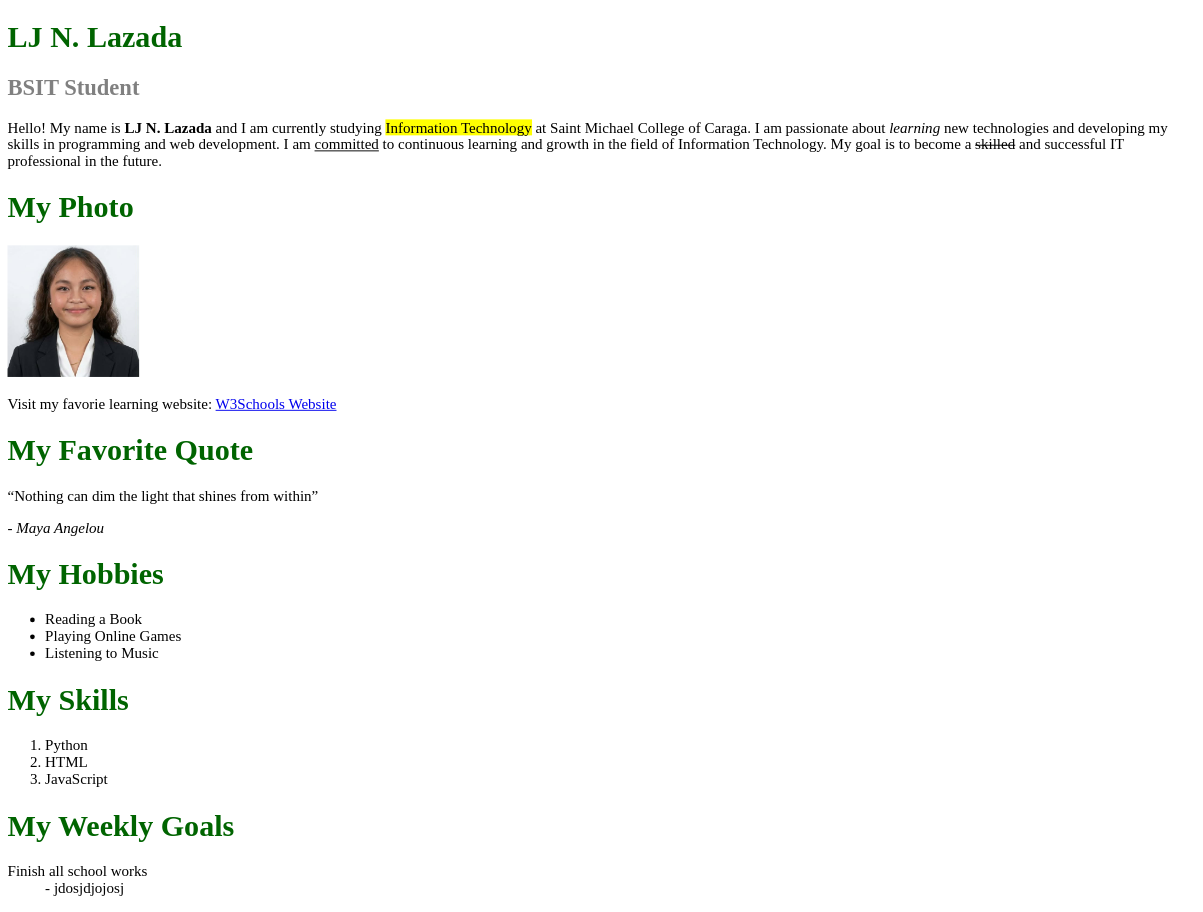
Repository: ljlazada11/myfirsthtml
Page: index.html
The author's editor kept a copy of each file at every save. The page is drawn from the files as they stood at one save, then again after the next save.
The browser window is 1280 px wide. The pictures show the whole page, at 94% of full size.

Above is the page before, as saved 2026-06-24 20:10:50.

After the next save:
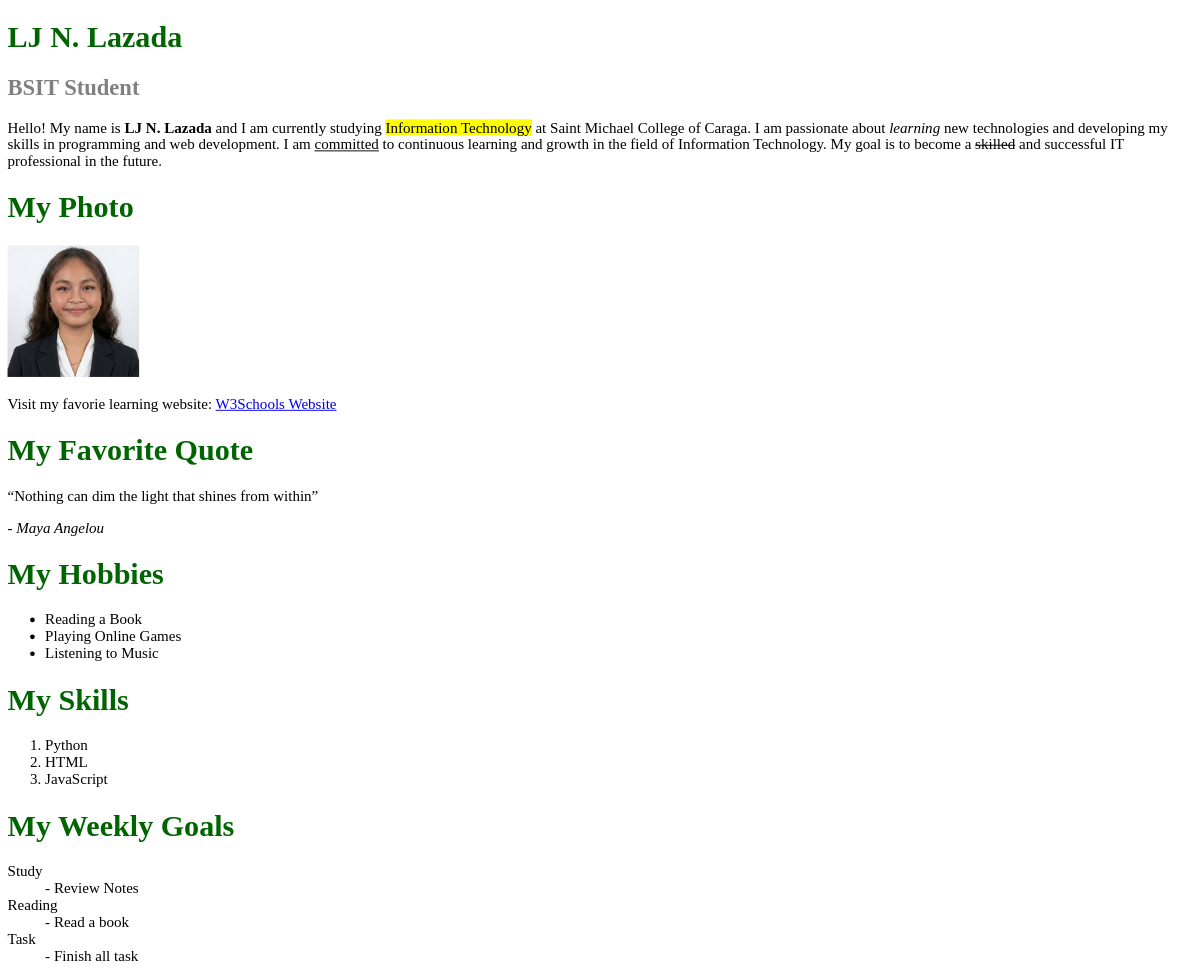
Saved 3 min 54 s later.
--- a/index.html
+++ b/index.html
@@ -38,8 +38,12 @@
 <body>
     <h1 style="color:darkgreen">My Weekly Goals</h1>
     <dl>
-        <dt>Finish all school works</dt>
-        <dd>- jdosjdjojosj</dd>
+        <dt>Study</dt>
+        <dd>- Review Notes</dd>
+        <dt>Reading</dt>
+        <dd>- Read a book</dd>
+        <dt>Task</dt>
+        <dd>- Finish all task</dd>
     </dl>
 
 </body>
